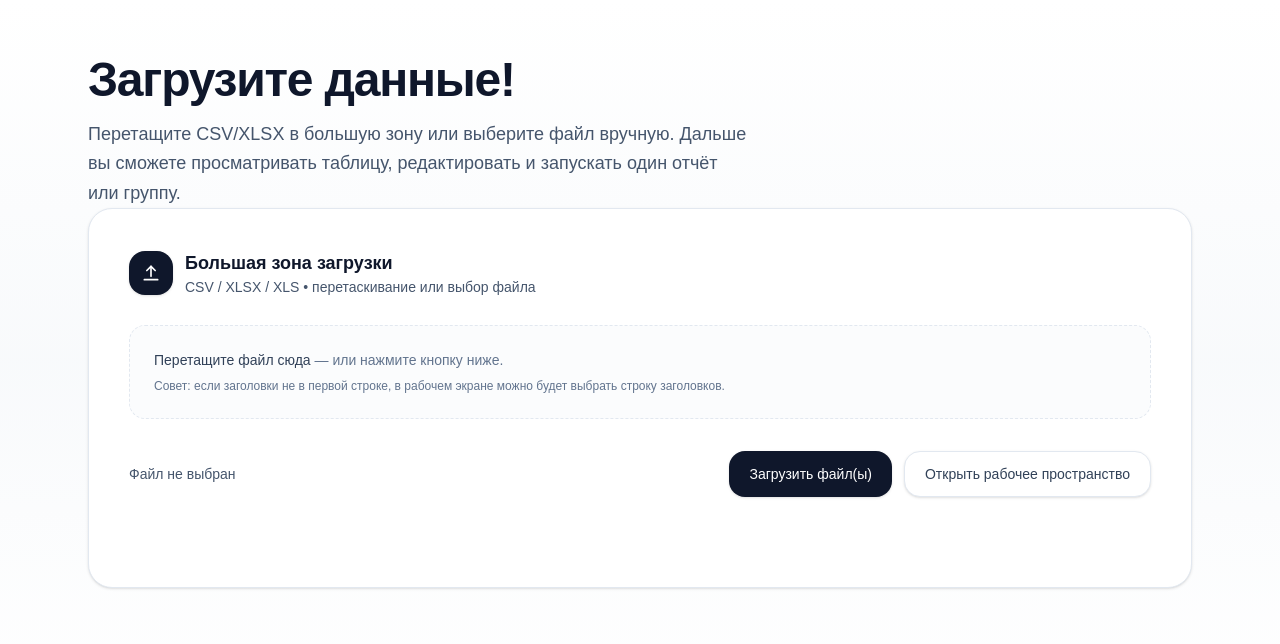
Repository: vladzap2423/report_studio_v2
Page: /
An editor plug-in stored every save of this project. The page is shown before and after the next save, followed by the edit.
The browser window is 1280 px wide. The pictures show the whole page.
The project was rebuilt for these pictures with package versions that can differ from the ones it lists, and the page was loaded fresh each time. The framework's server and built-in components were replaced by stand-ins that run in the browser. Also part of the build but not shown: next.config.ts.

Above is the page before, as saved 2026-02-11 14:52:22.

### src/app/page.tsx
"use client";

import { useCallback, useMemo, useRef, useState } from "react";
import { useRouter } from "next/navigation";

type PickedFile = {
  name: string;
  size: number;
  type: string;
};

function formatBytes(n: number) {
  if (!Number.isFinite(n)) return "";
  const units = ["B", "KB", "MB", "GB"];
  let v = n;
  let i = 0;
  while (v >= 1024 && i < units.length - 1) {
    v /= 1024;
    i++;
  }
  return `${v.toFixed(i === 0 ? 0 : 1)} ${units[i]}`;
}

export default function HomePage() {
  const router = useRouter();
  const inputRef = useRef<HTMLInputElement | null>(null);

  const [isDragging, setIsDragging] = useState(false);
  const [files, setFiles] = useState<File[]>([]);
  const [error, setError] = useState<string | null>(null);

  const accept = useMemo(
    () =>
      [
        ".csv",
        ".xlsx",
        ".xls",
      ].join(","),
    []
  );

  const persistAndGo = useCallback(
    (picked: File[]) => {
      // Временно: сохраняем только метаданные + сами файлы в памяти страницы.
      // Для реального чтения таблицы в /workspace мы будем парсить File там же.
      const meta: PickedFile[] = picked.map((f) => ({
        name: f.name,
        size: f.size,
        type: f.type,
      }));
      sessionStorage.setItem("pickedFilesMeta", JSON.stringify(meta));

      // Сохраняем сами File в глобальном объекте окна, чтобы не кодировать в base64.
      // Это ок для MVP “без базы”. После перезагрузки страницы пропадёт.
      (window as any).__PICKED_FILES__ = picked;

      router.push("/workspace");
    },
    [router]
  );

  const validateFiles = useCallback((picked: File[]) => {
    setError(null);
    if (!picked.length) return null;

    // Примитивная проверка расширения
    const bad = picked.find((f) => {
      const n = f.name.toLowerCase();
      return !(n.endsWith(".csv") || n.endsWith(".xlsx") || n.endsWith(".xls"));
    });
    if (bad) return `Файл "${bad.name}" не поддерживается. Разрешены CSV и Excel (XLSX/XLS).`;

    // Лимит, чтобы не уложить вкладку
    const total = picked.reduce((s, f) => s + f.size, 0);
    const maxTotal = 200 * 1024 * 1024; // 200MB
    if (total > maxTotal) return `Слишком большой объём (${formatBytes(total)}). Максимум ${formatBytes(maxTotal)}.`;

    return null;
  }, []);

  const handlePicked = useCallback(
    (picked: File[]) => {
      const err = validateFiles(picked);
      if (err) {
        setError(err);
        setFiles([]);
        return;
      }
      setFiles(picked);
      persistAndGo(picked);
    },
    [persistAndGo, validateFiles]
  );

  const onDrop = useCallback(
    (e: React.DragEvent) => {
      e.preventDefault();
      e.stopPropagation();
      setIsDragging(false);

      const picked = Array.from(e.dataTransfer.files || []);
      if (!picked.length) return;
      handlePicked(picked);
    },
    [handlePicked]
  );

  const onPickClick = useCallback(() => {
    inputRef.current?.click();
  }, []);

  return (
    <main className="min-h-screen bg-gradient-to-b from-white via-slate-50 to-white">
      <div className="mx-auto max-w-6xl px-6 py-14">
        <header className="flex flex-col gap-4">
          <h1 className="text-balance text-4xl font-semibold tracking-tight text-slate-900 sm:text-5xl">
            Загрузите данные!
          </h1>

          <p className="max-w-2xl text-pretty text-base leading-relaxed text-slate-600 sm:text-lg">
            Перетащите CSV/XLSX в большую зону или выберите файл вручную. Дальше вы сможете
            просматривать таблицу, редактировать и запускать один отчёт или группу.
          </p>
        </header>

          {/* Dropzone */}
          <div
            onDragEnter={(e) => {
              e.preventDefault();
              e.stopPropagation();
              setIsDragging(true);
            }}
            onDragOver={(e) => {
              e.preventDefault();
              e.stopPropagation();
              setIsDragging(true);
            }}
            onDragLeave={(e) => {
              e.preventDefault();
              e.stopPropagation();
              setIsDragging(false);
            }}
            onDrop={onDrop}
            className={[
              "relative rounded-3xl border bg-white shadow-sm",
              "p-8 sm:p-10",
              "min-h-[320px] sm:min-h-[380px]",
              isDragging
                ? "border-emerald-300 ring-4 ring-emerald-100"
                : "border-slate-200 hover:border-slate-300",
            ].join(" ")}
          >
            <div className="flex h-full flex-col justify-between gap-8">
              <div className="flex flex-col gap-3">
                <div className="flex items-center gap-3">
                  <div className="grid h-11 w-11 place-items-center rounded-2xl bg-slate-900 text-white shadow-sm">
                    {/* простая “стрелка вверх” без зависимостей */}
                    <svg width="20" height="20" viewBox="0 0 24 24" fill="none">
                      <path
                        d="M12 16V4"
                        stroke="currentColor"
                        strokeWidth="2"
                        strokeLinecap="round"
                      />
                      <path
                        d="M7 9l5-5 5 5"
                        stroke="currentColor"
                        strokeWidth="2"
                        strokeLinecap="round"
                        strokeLinejoin="round"
                      />
                      <path
                        d="M4 20h16"
                        stroke="currentColor"
                        strokeWidth="2"
                        strokeLinecap="round"
                      />
                    </svg>
                  </div>
                  <div>
                    <div className="text-lg font-semibold text-slate-900">
                      Большая зона загрузки
                    </div>
                    <div className="text-sm text-slate-600">
                      CSV / XLSX / XLS • перетаскивание или выбор файла
                    </div>
                  </div>
                </div>

                <div className="mt-4 rounded-2xl border border-dashed border-slate-200 bg-slate-50/60 p-6">
                  <div className="text-sm text-slate-700">
                    Перетащите файл сюда
                    <span className="text-slate-500"> — или нажмите кнопку ниже.</span>
                  </div>
                  <div className="mt-2 text-xs text-slate-500">
                    Совет: если заголовки не в первой строке, в рабочем экране можно будет
                    выбрать строку заголовков.
                  </div>
                </div>

                {error && (
                  <div className="rounded-2xl border border-rose-200 bg-rose-50 px-4 py-3 text-sm text-rose-700">
                    {error}
                  </div>
                )}
              </div>

              <div className="flex flex-col gap-3 sm:flex-row sm:items-center sm:justify-between">
                <div className="text-sm text-slate-600">
                  {files.length ? (
                    <span>
                      Выбрано:{" "}
                      <span className="font-medium text-slate-900">
                        {files.map((f) => f.name).join(", ")}
                      </span>
                    </span>
                  ) : (
                    <span>Файл не выбран</span>
                  )}
                </div>

                <div className="flex gap-3">
                  <button
                    type="button"
                    onClick={onPickClick}
                    className="inline-flex items-center justify-center rounded-2xl bg-slate-900 px-5 py-3 text-sm font-medium text-white shadow-sm hover:bg-slate-800 active:bg-slate-900"
                  >
                    Загрузить файл(ы)
                  </button>

                  <button
                    type="button"
                    onClick={() => router.push("/workspace")}
                    className="inline-flex items-center justify-center rounded-2xl border border-slate-200 bg-white px-5 py-3 text-sm font-medium text-slate-700 shadow-sm hover:bg-slate-50"
                  >
                    Открыть рабочее пространство
                  </button>
                </div>

                <input
                  ref={inputRef}
                  type="file"
                  accept={accept}
                  multiple
                  className="hidden"
                  onChange={(e) => {
                    const picked = Array.from(e.target.files || []);
                    if (!picked.length) return;
                    handlePicked(picked);
                  }}
                />
              </div>
            </div>
          </div>
      </div>
    </main>
  );
}

Loaded but not shown: src/app/layout.tsx (common file); src/app/globals.css (common file)

After the next save:
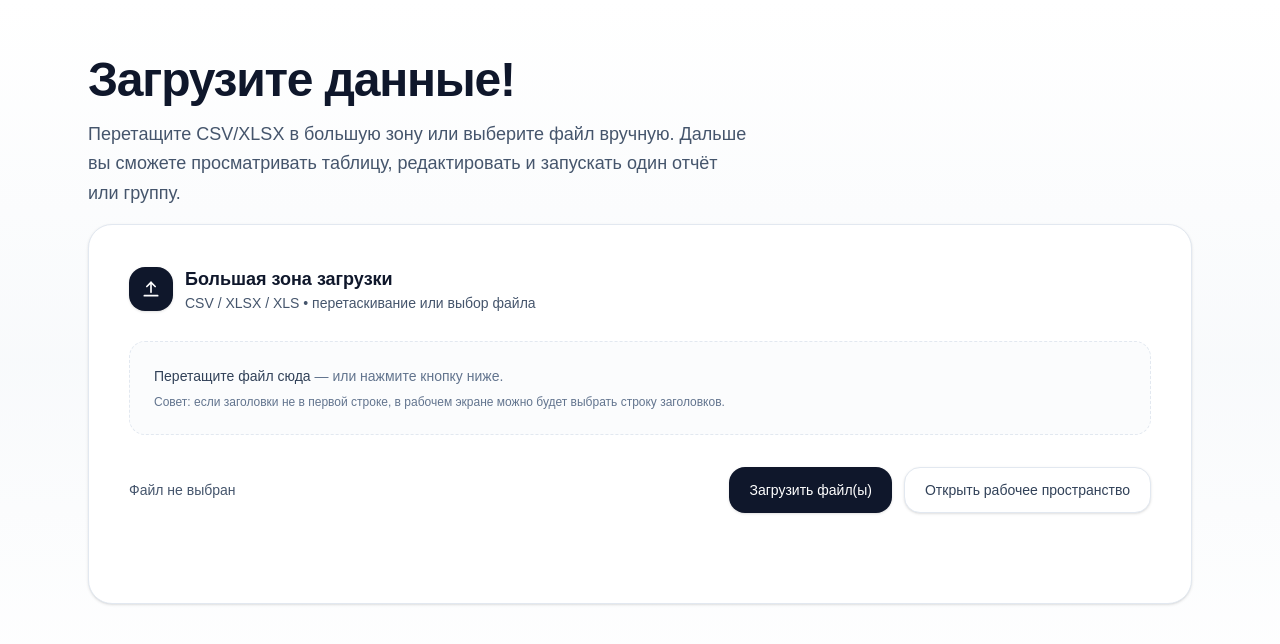
Saved 43 s later.
--- a/src/app/page.tsx
+++ b/src/app/page.tsx
@@ -112,7 +112,7 @@ export default function HomePage() {
   return (
     <main className="min-h-screen bg-gradient-to-b from-white via-slate-50 to-white">
       <div className="mx-auto max-w-6xl px-6 py-14">
-        <header className="flex flex-col gap-4">
+        <header className="flex flex-col gap-4 mb-4">
           <h1 className="text-balance text-4xl font-semibold tracking-tight text-slate-900 sm:text-5xl">
             Загрузите данные!
           </h1>
